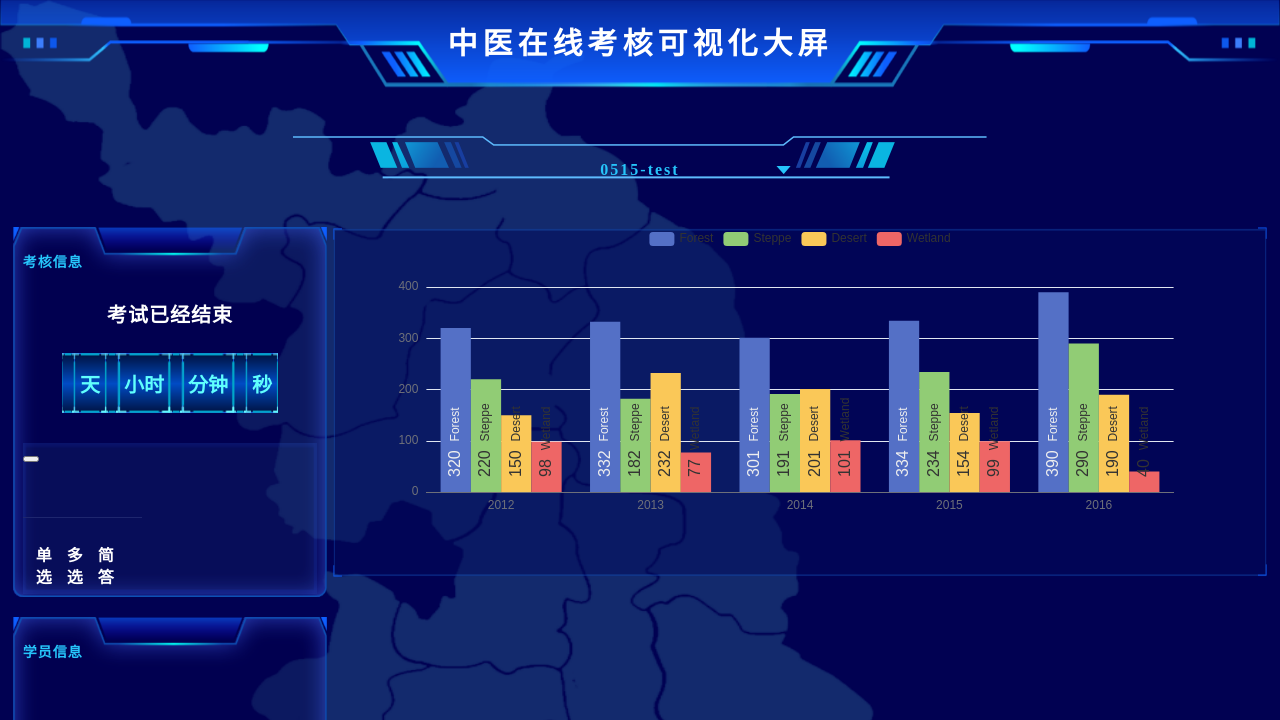
Repository: krislorem/medicine-online-datascreen-vue
Page: /
The author's editor kept a copy of each file at every save. The page is drawn from the files as they stood at one save, then again after the next save.
The browser window is 1280 px wide. The pictures show the whole page.
The project was rebuilt for these pictures with package versions that can differ from the ones it lists, and the page was loaded fresh each time. Also part of the build but not shown: vite.config.ts.

Above is the page before, as saved 2024-12-04 20:23:38.

### src/main.ts
import './assets/main.css'

import { createApp } from 'vue'
import { createPinia } from 'pinia'
import ElementPlus from 'element-plus'
import 'element-plus/dist/index.css'
import App from './App.vue'
import router from './router'

const app = createApp(App)

app.use(createPinia())
app.use(router)
app.use(ElementPlus)
app.mount('#app')

### src/assets/main.css
body, html {
  width: 100%;
  height: 100%;
  overflow: hidden;
  margin: 0;
  padding: 0;
  width: 100vw;
  height: 100vh
}

#app {
  width: 100%;
  height: 100%
}

### src/App.vue
<template>
  <div>
    <RouterView></RouterView>
  </div>
</template>

<script setup lang="ts">

</script>

<style scoped>
</style>

### src/views/HomeView.vue
<template>
  <div class="home">
    <nav>
      <h1>中医在线考核可视化大屏</h1>
    </nav>
    <div id="mid-bar">
      <select id="info">
        <option>0515-test</option>
      </select>
    </div>
    <div id="all-info">
      <div id="left">
        <div class="item item-1">
          <p class="top-name"><span>考核信息</span></p>
          <p class="time-title"><span>考试已经结束</span></p>
          <div class="time-container">
            <div class="time-box" style=";"><span class="time-num">{{ }}</span></div>
            <div class="time-box" style=";"><span class="time-num">天</span></div>
            <div class="time-box" style=";"><span class="time-num">{{ }}</span></div>
            <div class="time-box" style=";"><span class="time-num">小时</span></div>
            <div class="time-box" style=";"><span class="time-num">{{ }}</span></div>
            <div class="time-box" style=";"><span class="time-num">分钟</span></div>
            <div class="time-box" style=";"><span class="time-num">{{ }}</span></div>
            <div class="time-box" style=";"><span class="time-num">秒</span></div>
          </div>
          <div class="result">
            <div class="ivu-carousel" style="height: 100%;">
              <button type="button" class="left ivu-carousel-arrow ivu-carousel-arrow-hover">
                <i class="ivu-icon ivu-icon-ios-arrow-back"></i>
              </button>
              <div class="ivu-carousel-list">
                <div class="ivu-carousel-track higher"
                  style="width: 119px; transform: translate3d(0px, 0px, 0px); transition: transform 500ms; visibility: visible;">
                  <div class="ivu-carousel-item" style="width: 119px; height: auto; left: 0px;">
                    <div class="res-topbar">
                      <span>{{ }}</span>
                      <span>{{ }}</span>
                    </div>
                    <div class="res-box">
                      <div class="res-item">
                        <span>单选</span>
                        <p>{{ }}</p>
                      </div>
                      <div class="res-item">
                        <span>多选</span>
                        <p>{{ }}</p>
                      </div>
                      <div class="res-item">
                        <span>简答</span>
                        <p>{{ }}</p>
                      </div>
                    </div>
                  </div>
                </div>
              </div>
            </div>

          </div>
        </div>
        <div class="item item-2">
          <p class="top-name i2-top"><span>学员信息</span></p>
          <div class="i2">
            <div class="box">
              <p class="num bg-lg-blue">{{ }}</p>
              <p class="title bg-lg-blue">应考人数</p>
            </div>
            <div class="box">
              <p class="num bg-lg-cyan">{{ }}</p>
              <p class="title bg-lg-cyan">签到人数</p>
            </div>
            <div class="box">
              <p class="num bg-lg-red">{{ }}</p>
              <p class="title bg-lg-red">实考人数</p>
            </div>
            <div class="box">
              <p class="num bg-lg-blue">{{ }}</p>
              <p class="title bg-lg-blue">分配试卷</p>
            </div>
            <div class="box">
              <p class="num bg-lg-cyan">{{ }}</p>
              <p class="title bg-lg-cyan">答题中</p>
            </div>
            <div class="box">
              <p class="num bg-lg-red">{{ }}</p>
              <p class="title bg-lg-red">完成考试</p>
            </div>
            <div class="box">
              <p class="num bg-lg-blue2">{{ }}</p>
              <p class="title bg-lg-blue2">未签到</p>
            </div>
            <div class="box">
              <p class="num bg-lg-cyan2">{{ }}</p>
              <p class="title bg-lg-cyan2">未考核</p>
            </div>
            <div class="box">
              <p class="num bg-lg-red2">{{ }}</p>
              <p class="title bg-lg-red2">合格人数</p>
            </div>
          </div>
        </div>
      </div>
      <div id="right">
        <div class="item mb-22">
          <div style="width: 100%;height: 335px;">
            <div id="msg1"
              style="width: 100%; height: 335px; -webkit-tap-highlight-color: transparent; user-select: none; position: relative;">
            </div>
          </div>
        </div>
      </div>
    </div>
  </div>
</template>

<style scoped>
body {
  font-family: Helvetica Neue, Helvetica, PingFang SC, Hiragino Sans GB, Microsoft YaHei, "\5FAE\8F6F\96C5\9ED1", Arial, sans-serif;
  font-size: 12px;
  line-height: 1.5;
  color: #515a6e;
  background-color: #fff;
  -webkit-font-smoothing: antialiased;
  -moz-osx-font-smoothing: grayscale;
}

.home {
  background: #010152 url(/ditu.png) 50% no-repeat;
  background-size: 100% 100%;
}

.home nav {
  background-image: url(/dingbu.png);
  background-size: 100% 100%;
  background-repeat: no-repeat;
  overflow: hidden;
  display: -webkit-box;
  display: -ms-flexbox;
  display: flex;
  -webkit-box-align: center;
  -ms-flex-align: center;
  align-items: center;
}

.home nav h1 {
  font-size: 30px;
  font-family: PingFangSC-Semibold, PingFang SC;
  font-weight: 600;
  color: #fff;
  line-height: 58px;
  letter-spacing: 5px;
  margin: 15px auto;
}

.home #mid-bar {
  width: 694px;
  height: 43px;
  background: url(/nav.png) no-repeat;
  margin: 48px auto 36px;
  padding-top: 12px;
  display: -webkit-box;
  display: -ms-flexbox;
  display: flex;
  -webkit-box-pack: center;
  -ms-flex-pack: center;
  justify-content: center;
  -webkit-box-align: center;
  -ms-flex-align: center;
  align-items: center;
}

.home #mid-bar #info {
  appearance: none;
  -moz-appearance: none;
  -webkit-appearance: none;
  background: transparent url('/jiantou.png') no-repeat scroll 100%;
  width: 302px;
  height: 22px;
  font-size: 16px;
  text-align: center;
  font-family: PingFangSC-Semibold, PingFang SC;
  font-weight: 600;
  color: #26c5fb;
  line-height: 22px;
  letter-spacing: 2px;
  border: none;
}

#all-info {
  width: 100%;
  height: 796px;
  margin: 20px auto;
  display: -webkit-box;
  display: -ms-flexbox;
  display: flex;
  -ms-flex-pack: distribute;
  justify-content: space-around;
}

#all-info #left {
  width: 23%;
  height: 100%;
}


#all-info #left .item {
  height: 44%;
  width: 100%;
  padding: 10px;
  background-image: url(/kuang2.png);
  background-size: 100% 100%;
}

#all-info #left .item .top-name>span {
  width: 64px;
  height: 20px;
  font-size: 14px;
  font-family: PingFangSC-Semibold, PingFang SC;
  font-weight: 600;
  color: #26c5fb;
  line-height: 20px;
  letter-spacing: 1px;
}

#all-info #left .item-1 {
  margin-bottom: 20px;
}

#all-info #left .item-1 .time-title {
  text-align: center;
  font-size: 20px;
  font-family: PingFangSC-Semibold, PingFang SC;
  font-weight: 600;
  color: #fff;
  line-height: 20px;
  letter-spacing: 1px;
  margin: 32px auto 28px;
}

#all-info #left .item-1 .time-container {
  height: 60px
}

#all-info #left .item-1 .time-container,
#all-info #left .item-1 .time-container .time-box {
  display: -webkit-box;
  display: -ms-flexbox;
  display: flex;
  -webkit-box-pack: center;
  -ms-flex-pack: center;
  justify-content: center;
}

#all-info #left .item-1 .time-container .time-box {
  background-image: url('/kuang3.png');
  background-repeat: no-repeat;
  background-size: 100% 100%;
  -webkit-box-align: center;
  -ms-flex-align: center;
  align-items: center;
  background-color: #d7606b;
}

#all-info #left .item-1 .time-container .time-box .time-num {
  font-size: 20px;
  padding: 6px;
  font-family: PingFangSC-Semibold, PingFang SC;
  font-weight: 600;
  color: #60fffd
}

#all-info #left .item-1 .time-container .time-box .dupunkto {
  font-size: 28px;
  font-family: PingFangSC-Semibold, PingFang SC;
  font-weight: 600;
  color: #60fffd
}

#all-info #left .item-1 .result {
  width: 100%;
  height: 43%;
  background-image: url('/kuang4.png');
  background-size: 100% 100%;
  margin: 30px auto 0;
  font-size: 16px;
  font-family: PingFangSC-Semibold, PingFang SC;
  font-weight: 600;
  color: #fff;
  line-height: 22px;
}

#all-info #left .item-1 .result .res-sub-title {
  width: 100%;
  height: 100%;
  display: -webkit-box;
  display: -ms-flexbox;
  display: flex;
  -webkit-box-align: center;
  -ms-flex-align: center;
  align-items: center;
  -webkit-box-pack: center;
  -ms-flex-pack: center;
  justify-content: center;
  font-size: 20px;
  font-family: PingFangSC-Semibold, PingFang SC;
  font-weight: 600
}

#all-info #left .item-1 .result .res-topbar {
  height: 47px;
  border-bottom: 1px solid #1e266e;
  -webkit-box-align: end;
  -ms-flex-align: end;
  align-items: flex-end;
  padding: 0 19px 5px 14px
}

#all-info #left .item-1 .result .res-box,
#all-info #left .item-1 .result .res-topbar {
  display: -webkit-box;
  display: -ms-flexbox;
  display: flex;
  -webkit-box-pack: justify;
  -ms-flex-pack: justify;
  justify-content: space-between
}

#all-info #left .item-1 .result .res-box {
  height: 57px;
  margin: 27px 13px 0
}

#all-info #left .item-1 .result .res-box .res-item {
  display: -webkit-box;
  display: -ms-flexbox;
  display: flex;
  -webkit-box-orient: vertical;
  -webkit-box-direction: normal;
  -ms-flex-direction: column;
  flex-direction: column;
  -ms-flex-pack: distribute;
  justify-content: space-around;
  -webkit-box-align: center;
  -ms-flex-align: center;
  align-items: center
}

#all-info #left .item-1 .result .res-box p {
  margin-top: 13px
}

#all-info #left .item-2 {
  display: -webkit-box;
  display: -ms-flexbox;
  display: flex;
  -webkit-box-orient: vertical;
  -webkit-box-direction: normal;
  -ms-flex-direction: column;
  flex-direction: column
}


#all-info #left .item-2 .i2-top {
  padding-bottom: 30px;
}

#all-info #left .item-2 .i2 {
  width: 100%;
  margin: 20px auto;
  display: -webkit-box;
  display: -ms-flexbox;
  display: flex;
  -ms-flex-wrap: wrap;
  flex-wrap: wrap;
  -ms-flex-pack: distribute;
  justify-content: space-around;
}

#all-info #left .item-2 .i2 .box {
  width: 30%;
  height: 67px;
  margin-bottom: 20px;
  padding: 20px auto;
  background-image: url('/kuang5.png');
  background-size: 100%;
  background-repeat: no-repeat;
}

#all-info #left .item-2 .i2 .box>.num {
  width: 77px;
  height: 45px;
  font-size: 27px;
  line-height: 45px
}

#all-info #left .item-2 .i2 .box>.num,
#all-info #left .item-2 .i2 .box>.title {
  font-family: PingFangSC-Semibold, PingFang SC;
  font-weight: 600;
  color: #fff;
  text-align: center;
  background-clip: text;
  -webkit-background-clip: text;
  -webkit-text-fill-color: transparent;
  margin: 0 auto;
}

#all-info #left .item-2 .i2 .box>.title {
  width: 64px;
  height: 22px;
  font-size: 15px;
  line-height: 22px
}

#all-info #right {
  width: 73%;
  height: 100%;
}

#all-info #right .item {
  width: 100%;
  height: 350px;
  background-image: url(/kuang1.png);
  background-size: 100% 100%
}

#all-info #right .mb-22 {
  margin-bottom: 22px
}

.bg-lg-blue {
  background: -webkit-gradient(linear, left top, left bottom, from(#8ac4ff), to(#5999f4));
  background: linear-gradient(180deg, #8ac4ff, #5999f4)
}

.bg-lg-cyan {
  background: -webkit-gradient(linear, left top, left bottom, from(#92eef2), to(#62e4eb));
  background: linear-gradient(180deg, #92eef2, #62e4eb)
}

.bg-lg-red {
  background: -webkit-gradient(linear, left top, left bottom, from(#ee3f47), to(#9a1b35));
  background: linear-gradient(180deg, #ee3f47, #9a1b35)
}

.bg-lg-blue2 {
  background: -webkit-gradient(linear, left top, left bottom, from(#4d7ed5), to(#0a47b3));
  background: linear-gradient(180deg, #4d7ed5, #0a47b3)
}

.bg-lg-cyan2 {
  background: -webkit-gradient(linear, left top, left bottom, from(#3bd3d6), to(#158c98));
  background: linear-gradient(180deg, #3bd3d6, #158c98)
}

.bg-lg-red2 {
  background: -webkit-gradient(linear, left top, left bottom, from(#d7606b), to(#a72f4d));
  background: linear-gradient(180deg, #d7606b, #a72f4d)
}
</style>
<script setup lang="ts">
import * as echarts from 'echarts';
import { onMounted } from 'vue'
const labelOption = {
  show: true,
  position: 'insideBottom',
  distance: 15,
  align: 'left',
  verticalAlign: 'middle',
  rotate: 90,
  formatter: '{c}  {name|{a}}',
  fontSize: 16,
  rich: {
    name: {}
  }
};
const option = {
  tooltip: {
    trigger: 'axis',
    axisPointer: {
      type: 'shadow'
    }
  },
  legend: {
    data: ['Forest', 'Steppe', 'Desert', 'Wetland']
  },
  xAxis: [
    {
      type: 'category',
      axisTick: { show: false },
      data: ['2012', '2013', '2014', '2015', '2016']
    }
  ],
  yAxis: [
    {
      type: 'value'
    }
  ],
  series: [
    {
      name: 'Forest',
      type: 'bar',
      barGap: 0,
      label: labelOption,
      emphasis: {
        focus: 'series'
      },
      data: [320, 332, 301, 334, 390]
    },
    {
      name: 'Steppe',
      type: 'bar',
      label: labelOption,
      emphasis: {
        focus: 'series'
      },
      data: [220, 182, 191, 234, 290]
    },
    {
      name: 'Desert',
      type: 'bar',
      label: labelOption,
      emphasis: {
        focus: 'series'
      },
      data: [150, 232, 201, 154, 190]
    },
    {
      name: 'Wetland',
      type: 'bar',
      label: labelOption,
      emphasis: {
        focus: 'series'
      },
      data: [98, 77, 101, 99, 40]
    }
  ]
};
onMounted(() => {
  let chartDom = document.getElementById('msg1');
  let myChart = echarts.init(chartDom);
  option && myChart.setOption(option);
})


</script>

Loaded but not shown: index.html (common file); src/router/index.ts (common file)

After the next save:
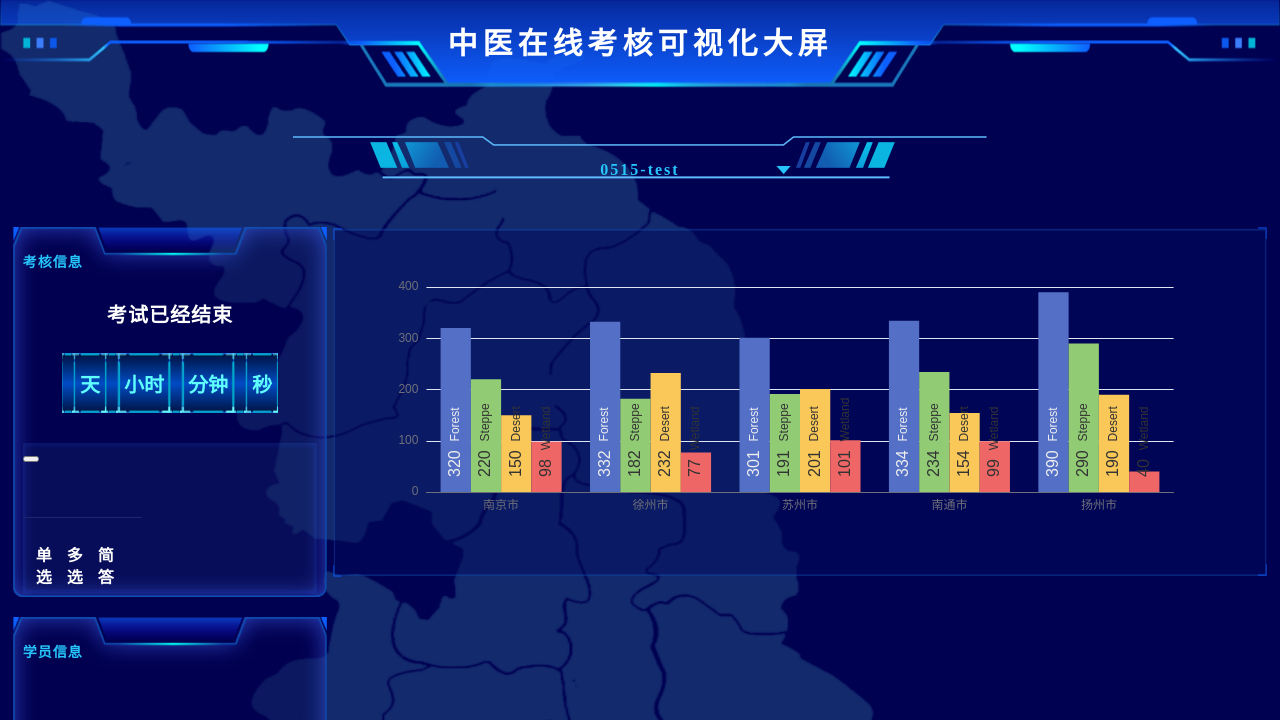
Saved 3 min 50 s later.
--- a/src/views/HomeView.vue
+++ b/src/views/HomeView.vue
@@ -481,13 +481,13 @@ const option = {
     }
   },
   legend: {
-    data: ['Forest', 'Steppe', 'Desert', 'Wetland']
+    data: ['应考人数', '实考人数', '完成考核']
   },
   xAxis: [
     {
       type: 'category',
       axisTick: { show: false },
-      data: ['2012', '2013', '2014', '2015', '2016']
+      data: ['南京市', '徐州市', '苏州市', '南通市', '扬州市']
     }
   ],
   yAxis: [
